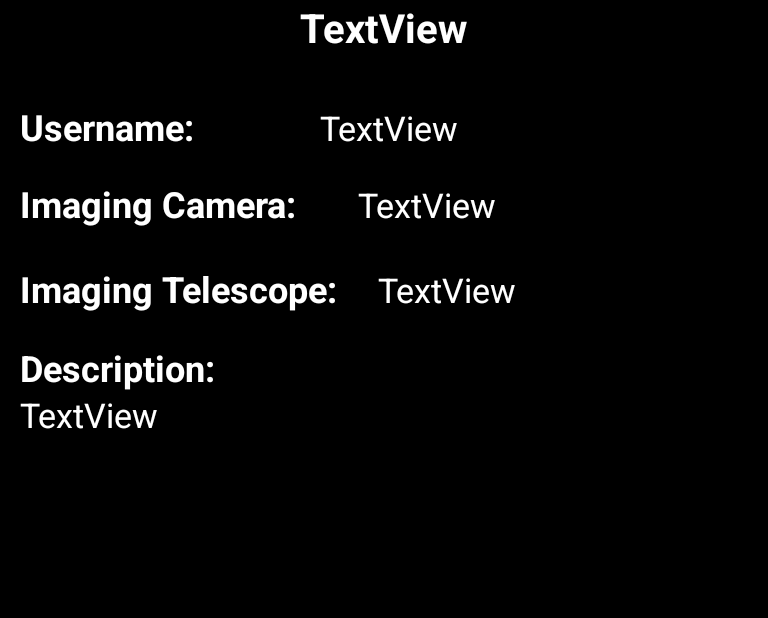
Repository: arianaantonio/APD2
Layout: AstroPix/res/layout/fragment_detail.xml
These files come from the project's save history. The layout is drawn as it stood at one moment and after the next save; the edit follows.
The pictures show rows 0 to 618 of an output 1280 px tall.
Pictures or frames that could not be fetched are drawn as grey boxes. It is drawn on a 768 x 1280 px phone screen (xhdpi) without system bars, with theme AppTheme; the app's code is not run.

Above is the layout before, as saved 2014-09-20 22:03:41.

### AstroPix/res/layout/fragment_detail.xml
<?xml version="1.0" encoding="utf-8"?>
<RelativeLayout xmlns:android="http://schemas.android.com/apk/res/android"
android:layout_width="match_parent"
android:layout_height="match_parent"
android:orientation="vertical"
android:background="@color/Black" >
<TextView
android:id="@+id/textView1"
android:layout_width="wrap_content"
android:layout_height="wrap_content"
android:layout_alignParentTop="true"
android:layout_centerHorizontal="true"
android:text="TextView"
android:textColor="@color/white"
android:textSize="20sp"
android:textStyle="bold" />
<TextView
android:id="@+id/textView3"
android:layout_width="wrap_content"
android:layout_height="wrap_content"
android:layout_marginRight="10dp"
android:layout_alignBaseline="@+id/textView2"
android:layout_alignBottom="@+id/textView2"
android:textColor="@color/white"
android:layout_marginLeft="10dp"
android:layout_alignLeft="@+id/textView1"
android:layout_alignParentRight="true"
android:text="TextView"
android:textSize="17sp" />
<TextView
android:id="@+id/textView7"
android:layout_width="wrap_content"
android:layout_height="wrap_content"
android:layout_above="@+id/textView5"
android:layout_alignParentRight="true"
android:textColor="@color/white"
android:layout_marginLeft="10dp"
android:layout_marginRight="10dp"
android:layout_toRightOf="@+id/textView5"
android:text="TextView"
android:textSize="17sp" />
<TextView
android:id="@+id/textView8"
android:layout_width="wrap_content"
android:layout_height="wrap_content"
android:layout_above="@+id/textView6"
android:layout_marginLeft="10dp"
android:layout_alignLeft="@+id/textView7"
android:layout_alignParentRight="true"
android:textColor="@color/white"
android:layout_marginRight="16dp"
android:text="TextView"
android:textSize="17sp" />
<TextView
android:id="@+id/textView9"
android:layout_width="wrap_content"
android:layout_height="wrap_content"
android:layout_alignParentLeft="true"
android:layout_alignParentRight="true"
android:layout_below="@+id/textView6"
android:textColor="@color/white"
android:layout_marginLeft="10dp"
android:layout_marginRight="10dp"
android:lines="5"
android:text="TextView"
android:textSize="17sp" />
<TextView
android:id="@+id/textView5"
android:layout_width="wrap_content"
android:layout_height="wrap_content"
android:layout_alignParentLeft="true"
android:layout_below="@+id/textView4"
android:layout_marginTop="18dp"
android:textColor="@color/white"
android:text="@string/telescope"
android:layout_marginLeft="10dp"
android:textSize="18sp"
android:textStyle="bold" />
<TextView
android:id="@+id/textView6"
android:layout_width="wrap_content"
android:layout_height="wrap_content"
android:layout_alignParentLeft="true"
android:layout_below="@+id/textView5"
android:layout_marginTop="15dp"
android:textColor="@color/white"
android:text="@string/description"
android:layout_marginLeft="10dp"
android:textSize="18sp"
android:textStyle="bold" />
<TextView
android:id="@+id/textView4"
android:layout_width="wrap_content"
android:layout_height="wrap_content"
android:layout_alignParentLeft="true"
android:layout_below="@+id/textView2"
android:layout_marginTop="14dp"
android:text="@string/camera"
android:textColor="@color/white"
android:layout_marginLeft="10dp"
android:textSize="18sp"
android:textStyle="bold" />
<TextView
android:id="@+id/textView2"
android:layout_width="wrap_content"
android:layout_height="wrap_content"
android:layout_alignParentLeft="true"
android:layout_below="@+id/textView1"
android:layout_marginTop="24dp"
android:textColor="@color/white"
android:text="@string/username"
android:layout_marginLeft="10dp"
android:textSize="18sp"
android:textStyle="bold" />
<com.loopj.android.image.SmartImageView
android:id="@+id/runner_up"
android:layout_width="match_parent"
android:layout_height="160dp"
android:layout_below="@+id/textView9"
android:layout_marginTop="10dp"
android:layout_marginLeft="10dp"
android:layout_marginRight="10dp"
android:visibility="visible" />
</RelativeLayout>

### AstroPix/res/values/strings.xml
<?xml version="1.0" encoding="utf-8"?>
<resources>

    <string name="app_name">AstroPix</string>
    <string name="title_section1">Image Of The Day</string>
    <string name="title_section2">Most Recent</string>
    <string name="title_section3">Search AstroBin</string>
    <string name="navigation_drawer_open">Open navigation drawer</string>
    <string name="navigation_drawer_close">Close navigation drawer</string>
    <string name="action_example">Example action</string>
    <string name="action_settings">Settings</string>
    <string name="splash">Splash Screen Image</string>
    <color name="Black">#000000</color>
    <string name="imageOfTheDay">Image Of The Day</string>
    <string name="runnerUp">Runner Up</string>
    <string name="description">Description:</string>
    <string name="username">Username:</string>
    <string name="camera">Imaging Camera:</string>
    <string name="telescope">Imaging Telescope:</string>
    <string name="about">About</string>
    <string name="favorite">Favorite</string>
    <string name="share">Share</string>
    <string name="title_section4">Favorites</string>
    <color name="darkgrey">#202020</color>
    <color name="pink">#FF3399</color>
    <color name="purple">#7F00FF</color>
    <color name="white">#FFFFFF</color>
    <string name="search_title">Search AstroBin</string>
    <string name="search_hint">Crab Nebula</string>
    <string name="title_section5">Image Details</string>

</resources>

Loaded but not shown: AstroPix/res/values/styles.xml (common file); AstroPix/res/values-v11/styles.xml (common file); AstroPix/res/values-v14/styles.xml (common file)

After the next save:
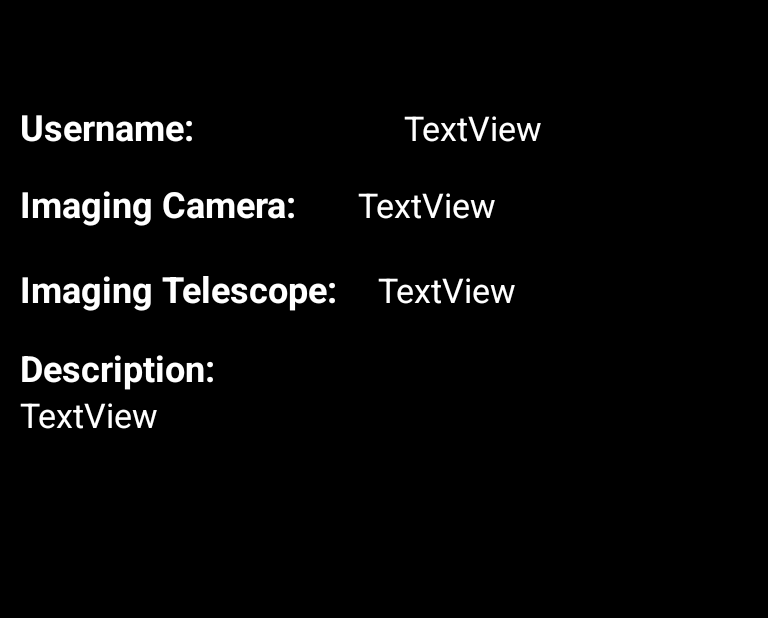
Saved 18 s later.
--- a/AstroPix/res/layout/fragment_detail.xml
+++ b/AstroPix/res/layout/fragment_detail.xml
@@ -10,7 +10,7 @@ android:layout_width="wrap_content"
 android:layout_height="wrap_content"
 android:layout_alignParentTop="true"
 android:layout_centerHorizontal="true"
-android:text="TextView"
+android:text=""
 android:textColor="@color/white"
 android:textSize="20sp"
 android:textStyle="bold" />
